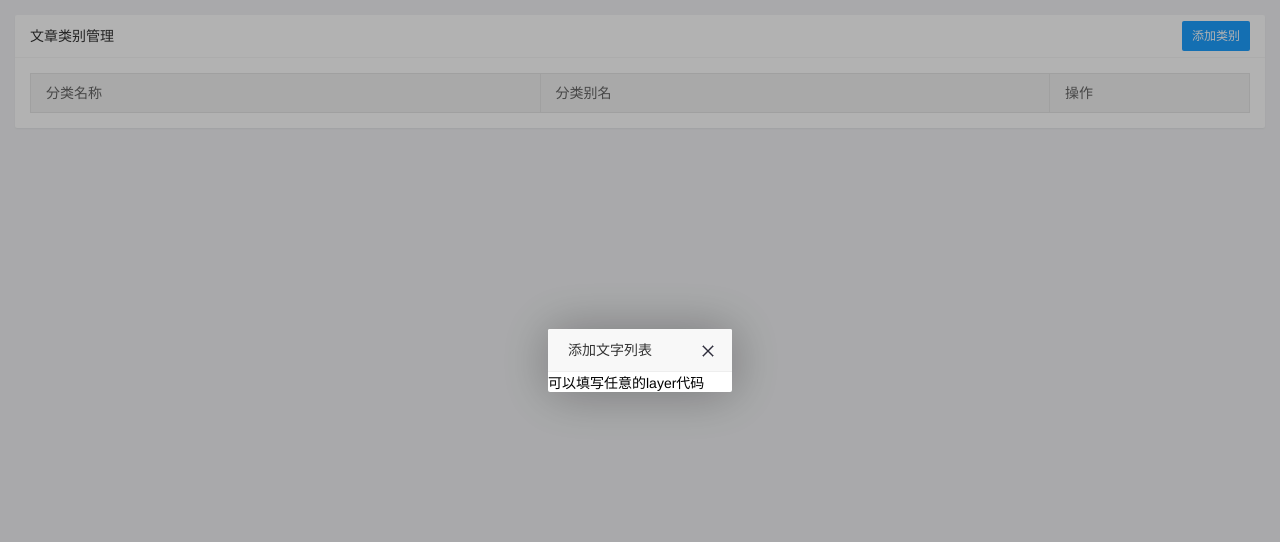
Repository: Janshen111/web_bigevent
Page: article/art_cate.html
These files come from the project's save history. The page is drawn as it stood at one moment and after the next save; the edit follows.
The browser window is 1280 px wide. The pictures show the whole page.
After loading, the first visible `#btnAddCate` was clicked once.
The page's requests for data from a server got no answer.

Above is the page before, as saved 2022-09-01 14:47:19.
Console error: TypeError: Cannot read properties of undefined (reading 'status')

### article/art_cate.html
<!DOCTYPE html>
<html lang="en">

<head>
    <meta charset="UTF-8">
    <meta http-equiv="X-UA-Compatible" content="IE=edge">
    <meta name="viewport" content="width=device-width, initial-scale=1.0">
    <title>Document</title>
    <link rel="stylesheet" href="/assets/lib/layui/css/layui.css">
    <link rel="stylesheet" href="/assets/css/article/art_cate.css">
</head>

<body>
    <!-- 卡片面板 -->
    <div class="layui-card">
        <div class="layui-card-header">
            <span>文章类别管理</span>
            <button type="button" id="btnAddCate" class="layui-btn layui-btn-normal  layui-btn-sm">添加类别</button>
        </div>
        <div class="layui-card-body">
            <table class="layui-table">
                <!-- 调节宽度 前两个col 自适应 第三个col 200宽度 -->
                <colgroup>
                    <col>
                    <col>
                    <col width="200">
                </colgroup>
                <thead>
                    <tr>
                        <th>分类名称</th>
                        <th>分类别名</th>
                        <th>操作</th>
                    </tr>
                </thead>
                <tbody>
                    <!-- 删掉假数据 -->
                </tbody>
            </table>
        </div>
    </div>
    <!-- 表格数据的模板 -->
    <script type="text/html" id="tpl-table">
        {{each data}}
        <tr>
            <td>{{$value.name}}</td>
            <td>{{$value.alias}}</td>
            <td>
                <button type="button" class="layui-btn layui-btn-xs">编辑</button>
                <button type="button" class="layui-btn layui-btn-danger layui-btn-xs">删除</button>
            </td>
        </tr>
        {{/each}}
    </script>
    <!-- 导入laYui的JS文件 -->
    <script src="/assets/lib/layui/layui.all.js"></script>
    <!-- 导入jquery -->
    <script src="/assets/lib/jquery.js"></script>
    <!-- 导入自己封装的baseAPI -->
    <script src="/assets/js/baseAPI.js"></script>
    <!-- 导入模板引擎 -->
    <script src="/assets/lib/template-web.js"></script>
    <!-- 导入自己的js -->
    <script src="/assets/js/article/art_cate.js"></script>
</body>

</html>

### assets/css/article/art_cate.css
html,
body {
    margin: 0;
    padding: 0;
}

body {
    padding: 15px;
    background-color: #f2f3f5;
}

.layui-card-header {
    display: flex;
    justify-content: space-between;
    align-items: center;
}

### assets/js/baseAPI.js
//注意： 每次调用$.get() 或者$.post()的时候
//会调用 ajaxPrefilter这个函数
//在这个函数中，可以拿到我们给Ajax提供配置对象
$.ajaxPrefilter(function(options) {

    // 在发起真正的ajax请求之前，统一拼接请求的根路径
    options.url = 'http://www.liulongbin.top:3007' + options.url
        // console.log(options.url);

    // 统一为有权限的接口，配置headers请求头 '/my/' 才需要加headers请求头
    if (options.url.indexOf('/my/') !== -1) {

        options.headers = {
            // headers就是请求头配置对象

            Authorization: localStorage.getItem('token') || ''

        }
    }

    //全局统一挂载 complete 回调函数
    options.complete = function(res) {
        // complete: function(res) {
        //     console.log('执行了complete回调');
        //     console.log(res);
        //在 complete回调函数中 可以使用res.responseJSON拿到服务器响应回来的数据
        if (res.responseJSON.status === 1 && res.responseJSON.message === '身份认证失败！') {
            //1 强制清空 token
            localStorage.removeItem('token')
                //2 强制跳转到登录页面
            location.href = '/login.html'
        }
    }


})

### assets/js/article/art_cate.js
$(function() {
    var layer = layui.layer
    initArtCateList()
        //获取文章分类的列表
    function initArtCateList() {
        $.ajax({
            method: 'GET',
            url: '/my/article/cates',
            success: function(res) {
                // console.log(res);
                var htmlStr = template('tpl-table', res)
                $('tbody').html(htmlStr)
            }
        })
    }

    //为添加类别按钮添加绑定点击事件
    $('#btnAddCate').on('click', function() {
        layer.open({
            type: 1,
            title: '添加文字列表',
            content: '可以填写任意的layer代码'
        })
    })

})

Loaded but not shown: assets/lib/layui/css/layui.css (library); assets/lib/layui/layui.all.js (library); assets/lib/jquery.js (library); assets/lib/template-web.js (library); assets/lib/layui/css/modules/laydate/default/laydate.css (library); assets/lib/layui/css/modules/layer/default/layer.css (library); assets/lib/layui/css/modules/code.css (common file)

After the next save:
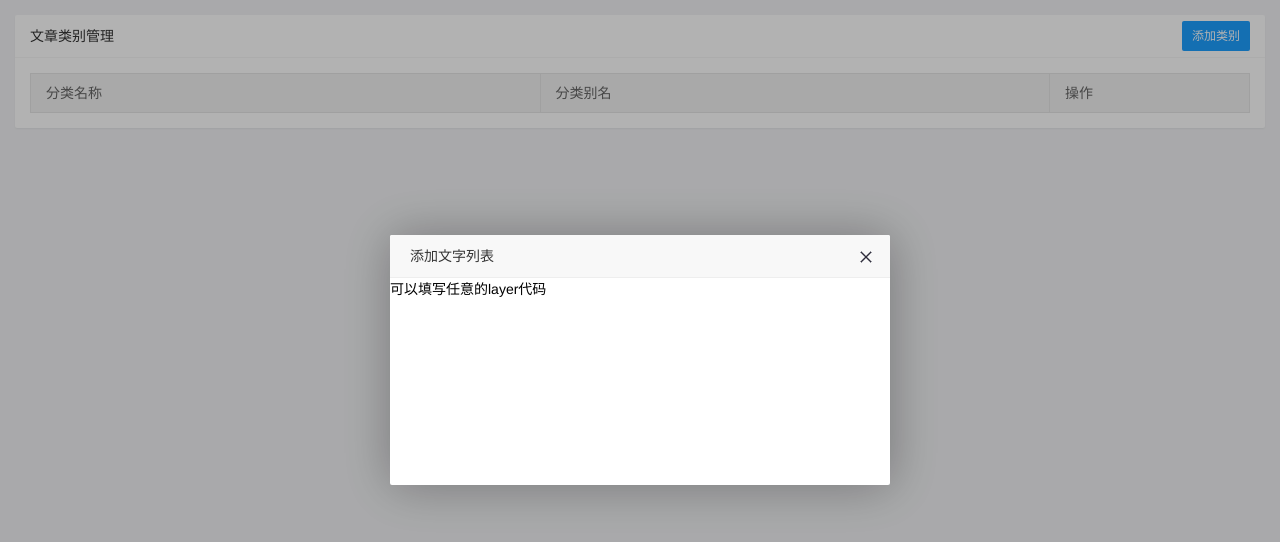
Saved 82 s later.
--- a/assets/js/article/art_cate.js
+++ b/assets/js/article/art_cate.js
@@ -18,6 +18,7 @@ $(function() {
     $('#btnAddCate').on('click', function() {
         layer.open({
             type: 1,
+            area: ['500px', '250px'],
             title: '添加文字列表',
             content: '可以填写任意的layer代码'
         })
